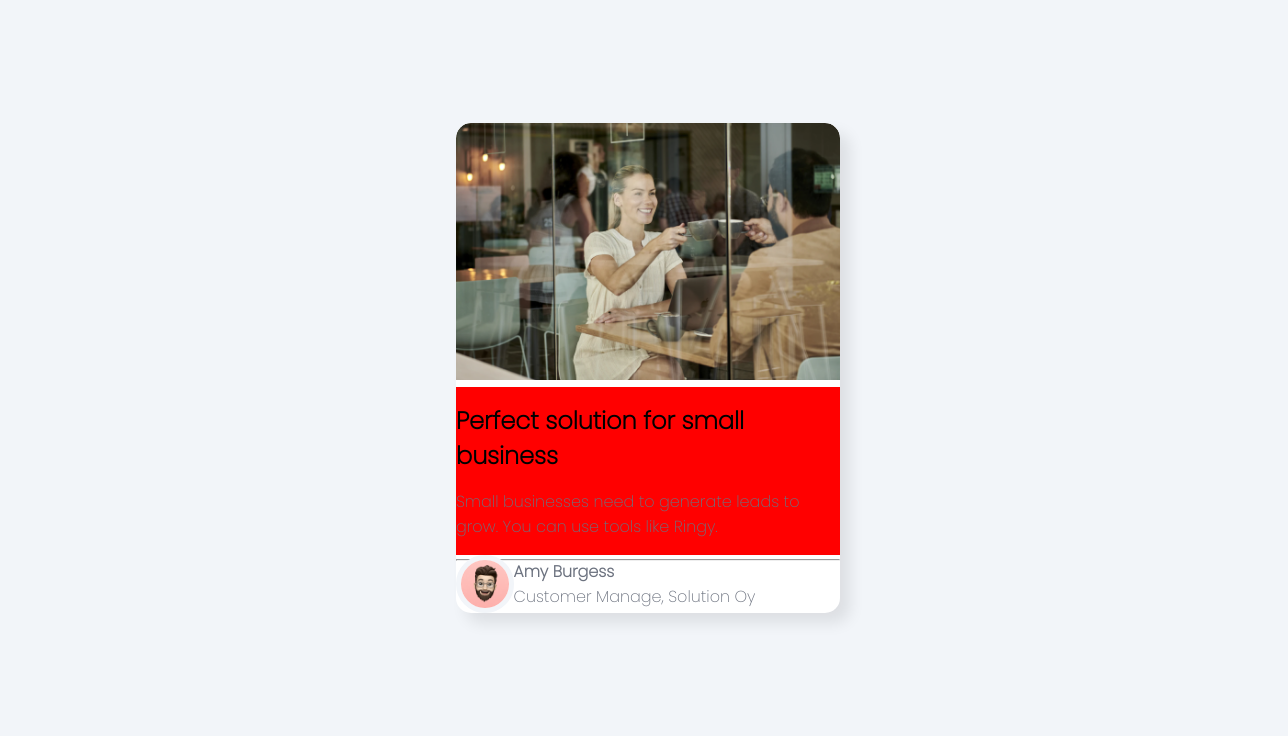
Repository: massndongo/business-blog-card
Page: index.html
An editor plug-in stored every save of this project. The page is shown before and after a run of saves, followed by the edit.
The browser window is 1280 px wide. The page is 1288 px wide, so the pictures cover 1288 px, including what lies to the right of the window. The pictures show the whole page.

Above is the page before, as saved 2023-11-08 05:17:02.

### index.html
<!DOCTYPE html>
<html lang="en">
<head>
    <meta charset="UTF-8">
    <meta name="viewport" content="width=device-width, initial-scale=1.0">
    <link rel="stylesheet" href="css/styles.css">
    <title>Responsive Web Developer Starter - devchallenges.io</title>
    <link rel="icon" href="images/favicon.ico" type="image/x-icon" sizes="any">
</head>
<body>
    <div class="card">
        <img src="images/hero-image-business-card.png" alt="" srcset="">
        <div class="card-body">
            <h1 class="title">Perfect solution for small business</h1>
            <p class="corps">Small businesses need to generate leads to grow. You can use tools like Ringy.</p>
        </div>
        <hr>
        <div class="card-footer">
            <img src="images/avatar-image-business-card.png" alt="" srcset="">
            <div>
                <span id="name">Amy Burgess</span><br>
                <span id="profil">Customer Manage, Solution Oy</span>
            </div>
        </div>
    </div>
</body>
</html>

### css/styles.css
@import url('https://fonts.googleapis.com/css2?family=Poppins:wght@200&display=swa');

* {
    box-sizing: border-box;
    font-family: 'Poppins', sans-serif;
    overflow: hidden;
}

/* Add some styles for body*/
body {
    width: 100%;
    height: 100vh;
    background-color: #F2F5F9;
    display: flex;
    justify-content: center;
    align-items: center;

}

.card{
    position: relative;
    flex-direction: column;
    background-color: #FFFFFF;
    box-shadow: 10px 10px 15px 0px rgba(0, 0, 0, 0.09);
    width: 30%;
    height: auto;
    border-radius: 15px;
}
.card img{
    width: 100%;
    /* border-radius: 10px; */
    border-radius: 15px 15px 0 0;
}
.card-body{
    background-color: red;

}
.title{
    font-size: 24px;

}
.corps{
    font-size: 16px;

}
.card-footer{
    display: flex;
    justify-items: flex-start;

    align-items: center;
    position: relative;
    font-size: 16px;
}
.card-footer img{
    width: 15%;
    border-radius: 50%;
    border: 5px solid #F2F5F9;
}
.card-footer #name{
    font-weight: bolder;
}
.corps, .card-footer, hr{
    color: #6C727F
}
hr{
    width: 100%;
    height: 1px;
    position: absolute;
    bottom: 9%;
    left: 0;
    right: 0;
    background-color: #6c727f85;
}

@media screen and (max-width: 768px) {
    .card {
        width: 90%;
    }
}

After the next 4 saves:
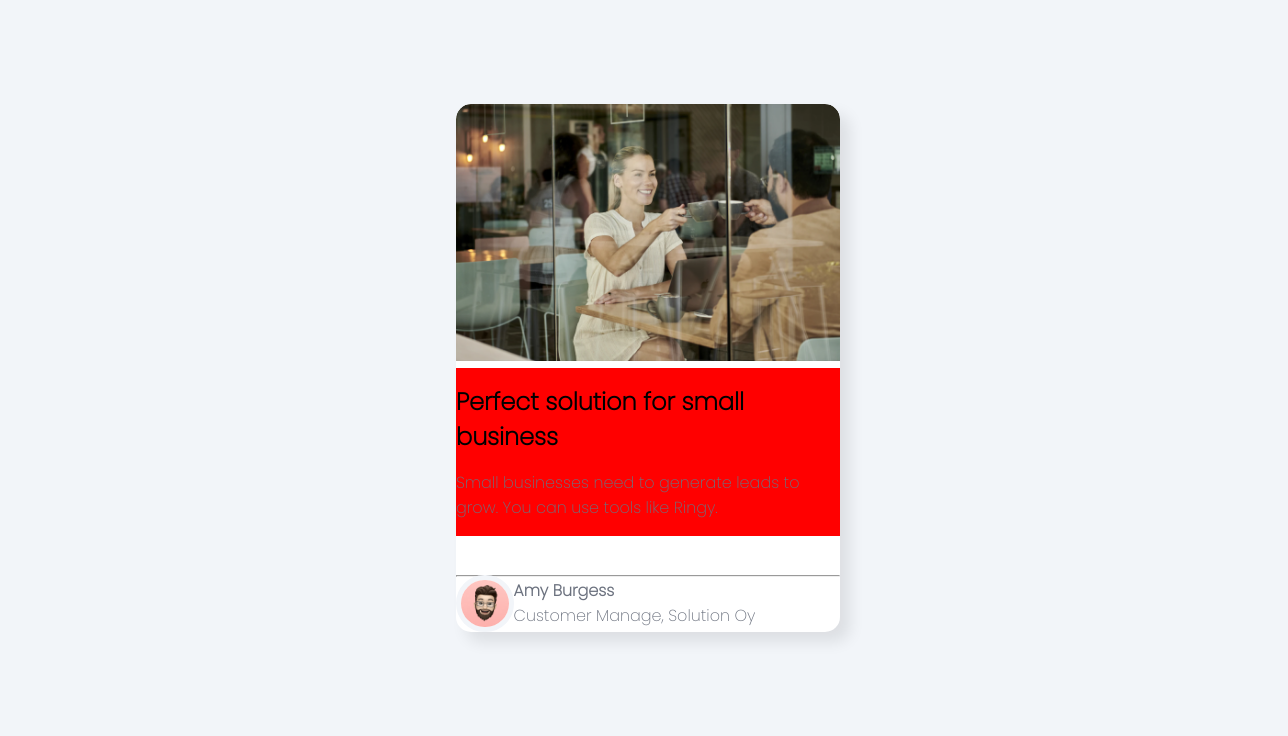
The 4 saves are shown as one change because they came seconds apart.
The last was saved 12 s later.
--- a/css/styles.css
+++ b/css/styles.css
@@ -45,7 +45,7 @@ body {
 }
 .card-footer{
     display: flex;
-    justify-items: flex-start;
+    margin-top: 10%;
 
     align-items: center;
     position: relative;
